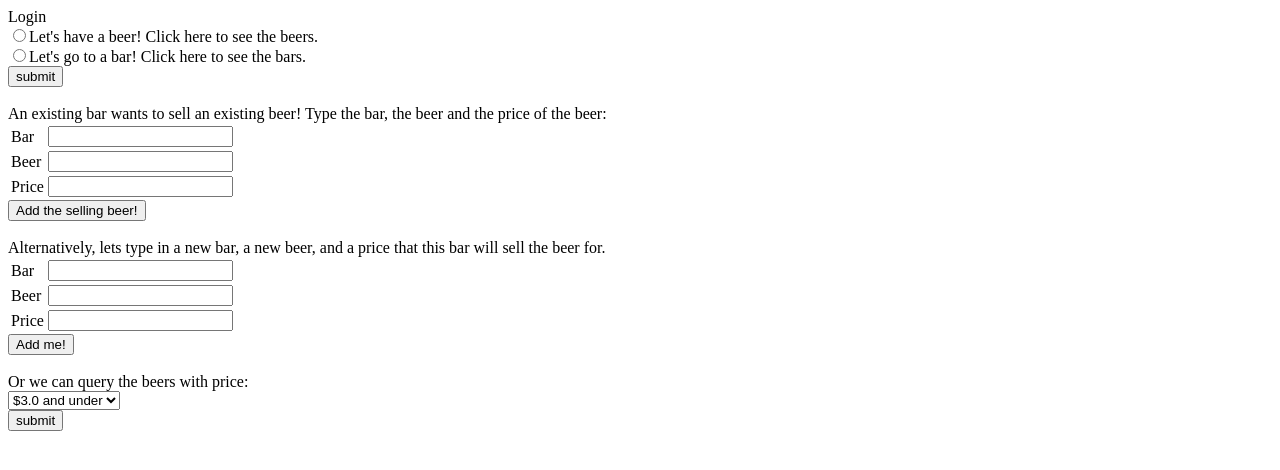
Repository: JephteyAdolphe/auction-system
Page: http://localhost/project/
An editor plug-in stored every save of this project. The page is shown before and after the next save, followed by the edit.
The browser window is 1280 px wide. The pictures show the whole page.
The page is served by Tomcat 10.

Above is the page before, as saved 2021-03-15 15:16:48.

After the next save:
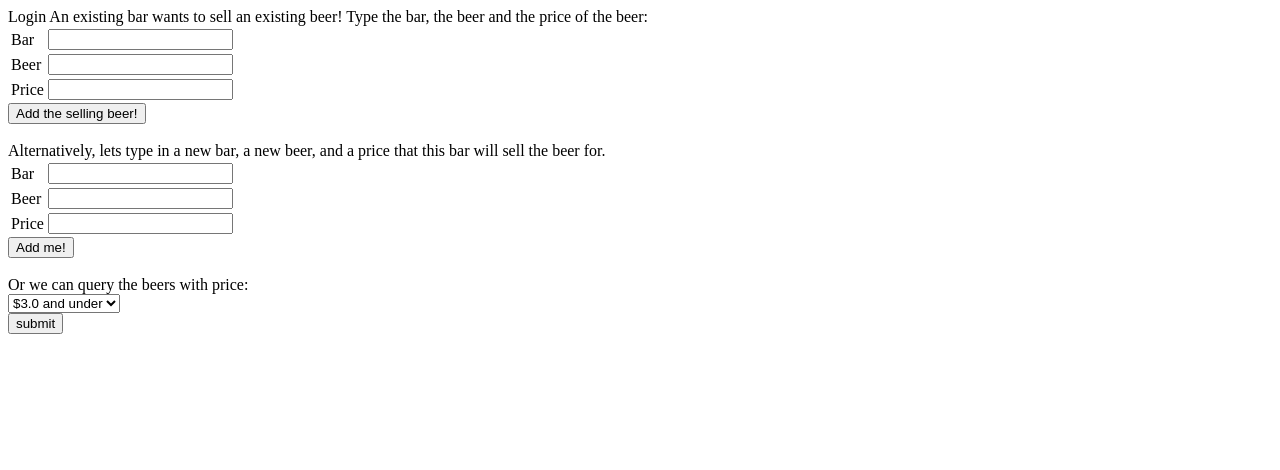
Saved 70 s later.
--- a/project/WebContent/HelloWorld.jsp
+++ b/project/WebContent/HelloWorld.jsp
@@ -14,25 +14,6 @@
 	<body>
 
 		Login <!-- the usual HTML way -->
-		<br>
-
-		 <!-- Show html form to i) display something, ii) choose an action via a
-		  | radio button -->
-		<!-- forms are used to collect user input
-			The default method when submitting form data is GET.
-			However, when GET is used, the submitted form data will be visible in the page address field-->
-		<form method="post" action="show.jsp">
-		    <!-- note the show.jsp will be invoked when the choice is made -->
-			<!-- The next lines give HTML for radio buttons being displayed -->
-		  <input type="radio" name="command" value="beers"/>Let's have a beer! Click here to see the beers.
-		  <br>
-		  <input type="radio" name="command" value="bars"/>Let's go to a bar! Click here to see the bars.
-		    <!-- when the radio for bars is chosen, then 'command' will have value
-		     | 'bars', in the show.jsp file, when you access request.parameters -->
-		  <br>
-		  <input type="submit" value="submit" />
-		</form>
-		<br>
 
 	An existing bar wants to sell an existing beer! Type the bar, the beer and the price of the beer:
 	<br>
